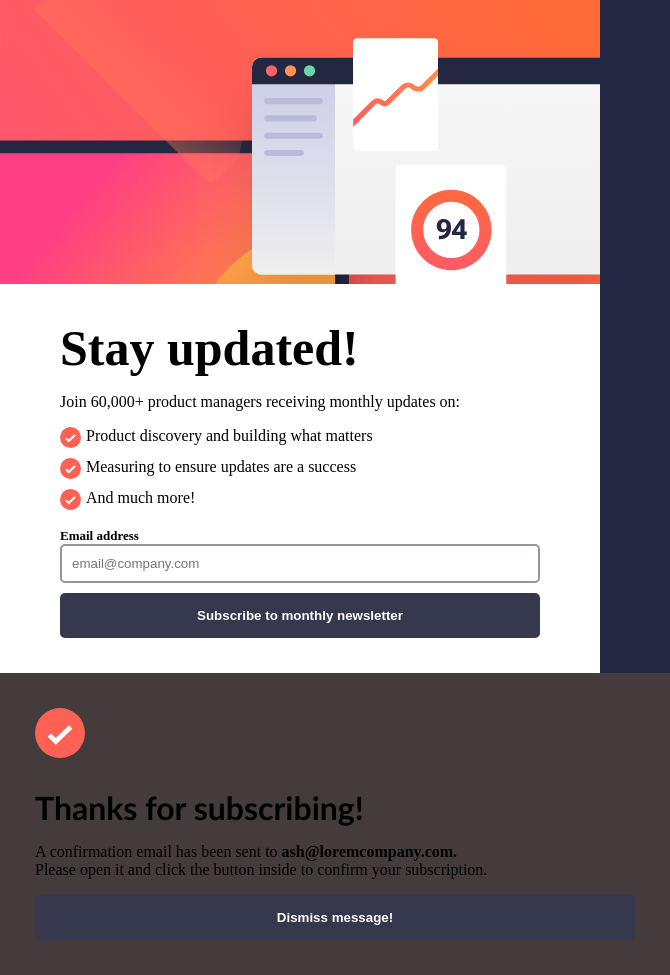
Repository: Celebration-cloud/Newsletter
Page: index.html
An editor plug-in stored every save of this project. The page is shown before and after the next save, followed by the edit.
The browser window is 600 px wide. The page is 670 px wide, then 600 px, then 670 px, so the pictures cover 670 px, including what lies to the right of the window. The pictures show the whole page.

Above is the page before, as saved 2023-07-19 23:48:59.

After the next save:
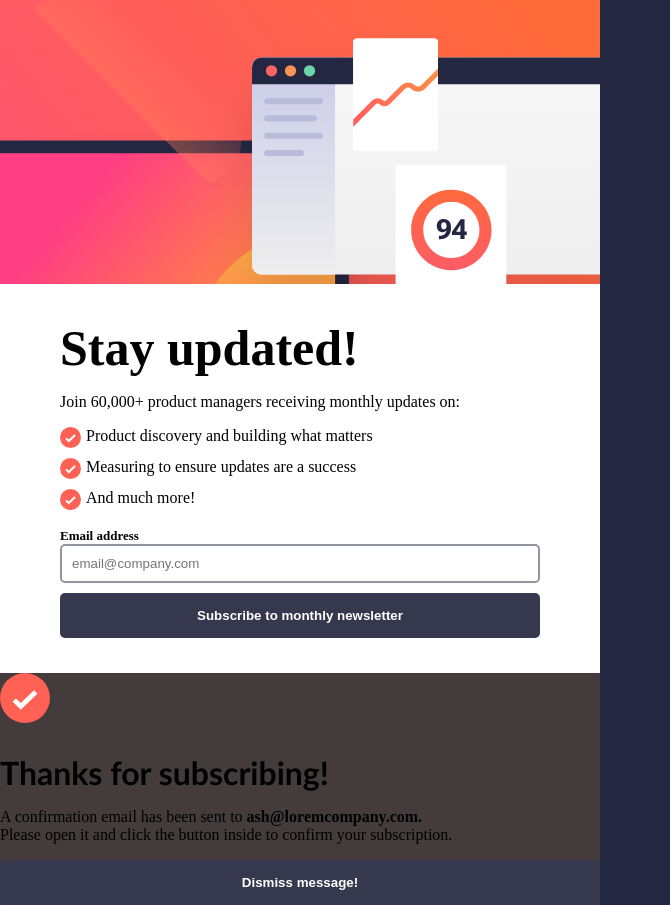
Saved 16 s later.
--- a/index.css
+++ b/index.css
@@ -128,7 +128,7 @@
     #success{
         margin: auto;
         width: 100%;
-        padding: 35px;
+
         display: flex;
         flex-direction: column;
         justify-content: space-between;

After the save that followed:
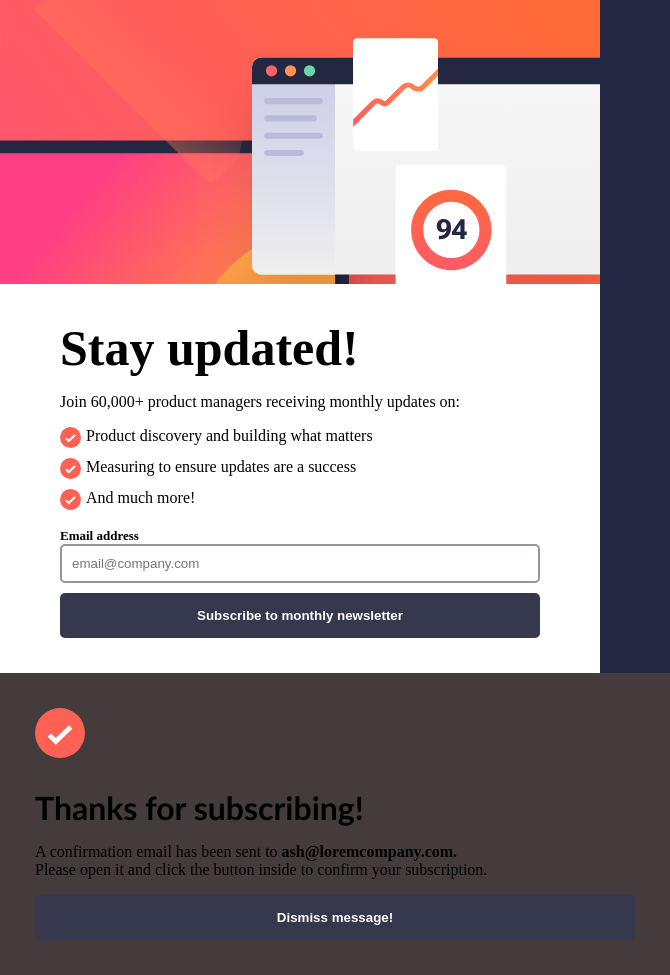
Saved 14 s later.
--- a/index.css
+++ b/index.css
@@ -128,7 +128,7 @@
     #success{
         margin: auto;
         width: 100%;
-
+        padding: 35px;
         display: flex;
         flex-direction: column;
         justify-content: space-between;
